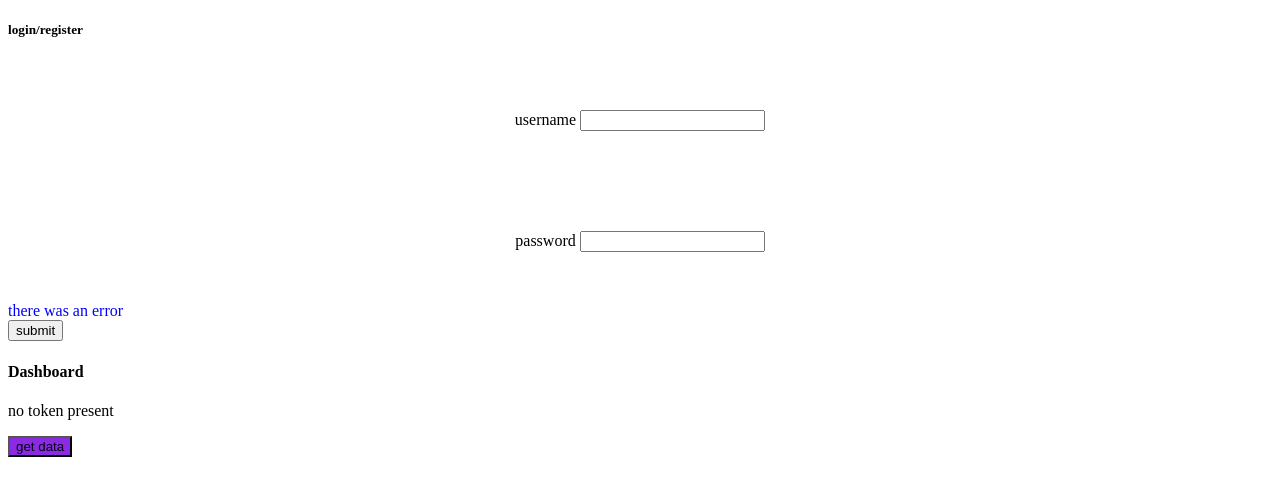
Repository: shivanand1988-28-06/townwarta
Page: http://localhost/
An editor plug-in stored every save of this project. The page is shown before and after the next save, followed by the edit.
The browser window is 1280 px wide. The pictures show the whole page.
Some web libraries are served in a nearby version. The page is served by the project's Node server (Townwarta.js).

Above is the page before, as saved 2022-03-15 23:10:44.

After the next save:
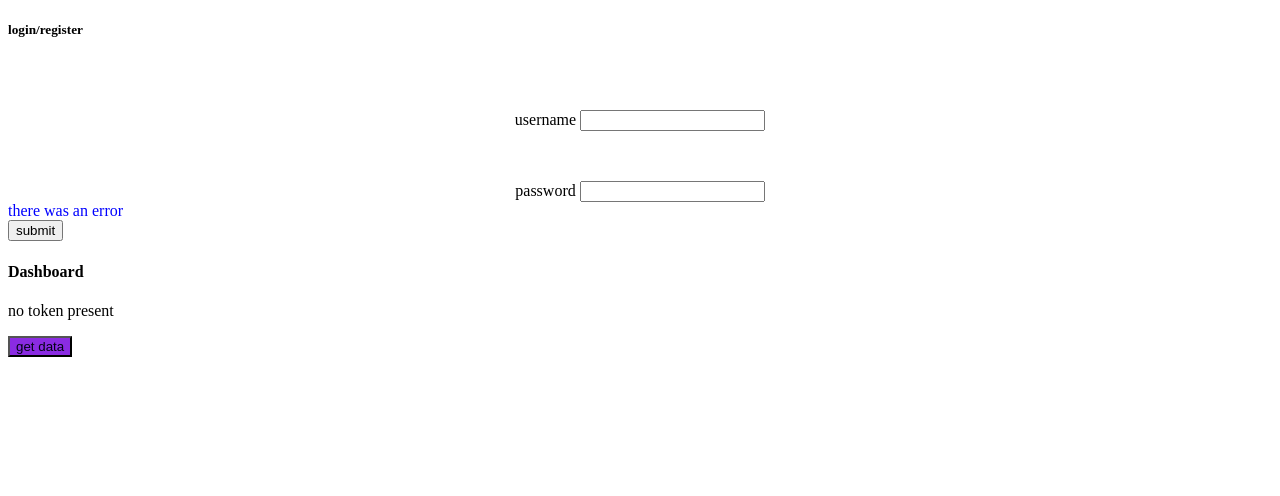
Saved 16 s later.
--- a/public/styles.css
+++ b/public/styles.css
@@ -18,7 +18,7 @@
   }
 
 .form-row{
-   padding: 50px;
+   padding-top: 50px;
    text-align: center;
 }
 .form-alert{
